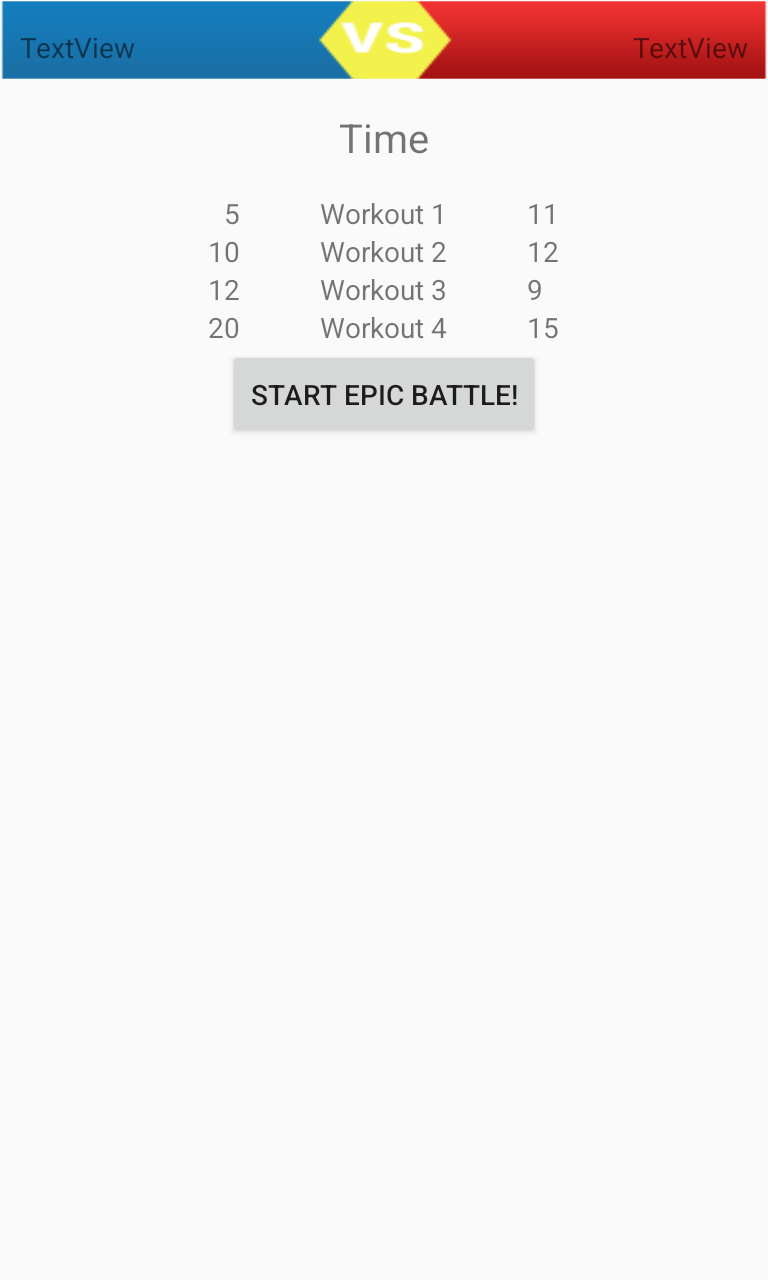
Repository: hackathon-2014/devdroid-repo
Layout: HealthyCompetition/res/layout/battlefield_layout.xml
The author's editor kept a copy of each file at every save. The layout is drawn from the files as they stood at one save, then again after the next save.
It is drawn on a 768 x 1280 px phone screen (xhdpi) without system bars, with theme AppTheme; the app's code is not run.

Above is the layout before, as saved 2014-08-23 19:59:43.

After the next save:
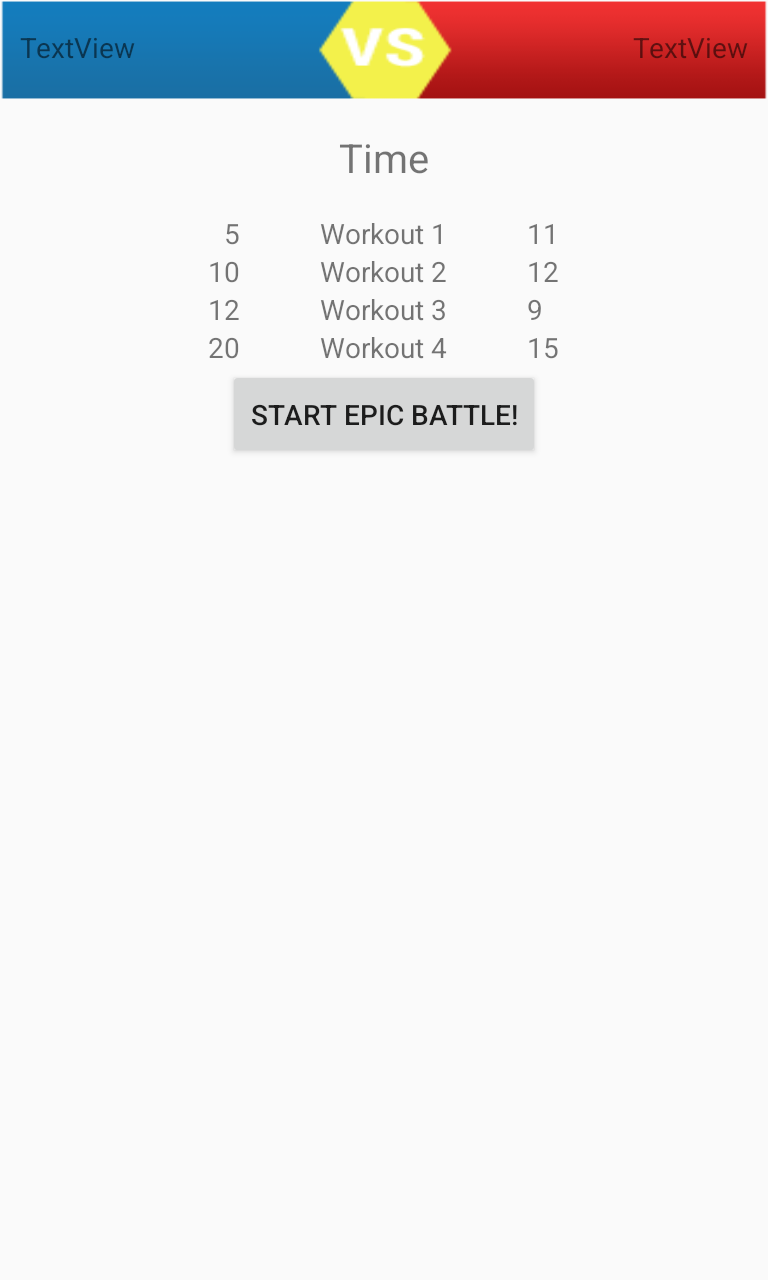
Saved 12 s later.
--- a/HealthyCompetition/res/layout/battlefield_layout.xml
+++ b/HealthyCompetition/res/layout/battlefield_layout.xml
@@ -12,7 +12,7 @@
         <ImageView
             android:id="@+id/versus_image"
             android:layout_width="match_parent"
-            android:layout_height="40dp"
+            android:layout_height="50dp"
             android:background="@drawable/versus_banner_9" />
 
         <TextView
